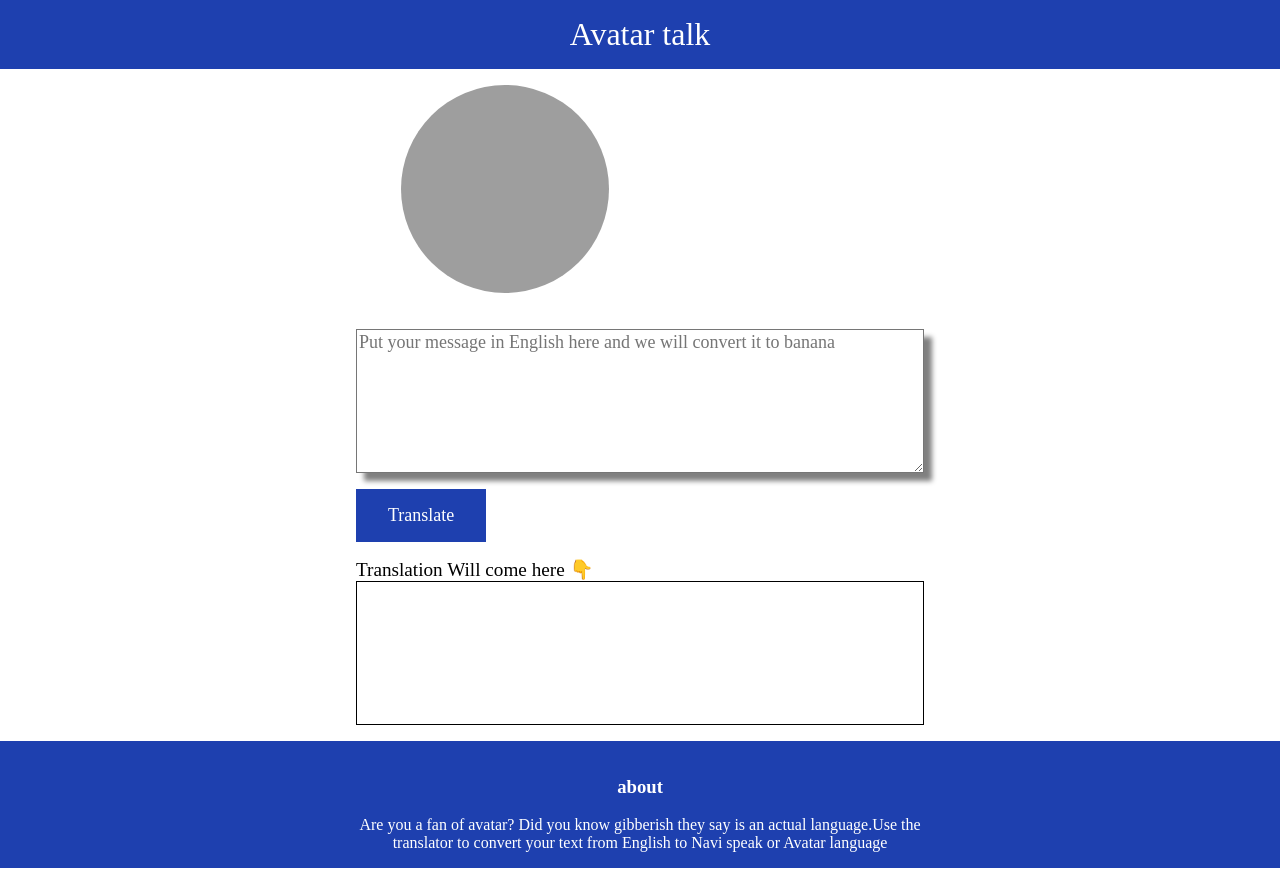
Repository: sohan2503001/Avator-speak
Page: index.html
The author's editor kept a copy of each file at every save. The page is drawn from the files as they stood at one save, then again after the next save.
The browser window is 1280 px wide. The pictures show the whole page.
Pictures or frames that could not be fetched are drawn as grey boxes.

Above is the page before, as saved 2021-04-22 00:30:34.

### index.html
<!DOCTYPE html>
<html lang="en">

<head>
    <meta charset="UTF-8">
    <meta http-equiv="X-UA-Compatible" content="IE=edge">
    <meta name="viewport" content="width=device-width, initial-scale=1.0">
    <title>Avatar Speak</title>
    <link rel="stylesheet" href="style.css">
</head>

<body>
    <nav>
        <div class="head">Avatar talk</div>
    </nav>

    <main>
        <img src="https://wallpaper-mania.com/wp-content/uploads/2018/09/High_resolution_wallpaper_background_ID_77701153922.jpg" alt="avator image" >
        <textarea id="txt-input"
            placeholder="Put your message in English here and we will convert it to banana"></textarea>
        <button id="btn-translate">Translate</button>
        <div style="font-size: larger;">Translation Will come here 👇</div>
        <div id="output"></div>
    </main>

    <footer class="footer">
        <h3 >about</h3>
        <p >Are you a fan of avatar? Did you know gibberish they
            say is an actual language.Use the translator to convert
            your text from English to Navi speak or Avatar language</p>
    </footer>
    <script src="app.js" type="text/javascript"></script>
</body>

</html>

### style.css
@import url('https://fonts.googleapis.com/css2?family=Ubuntu+Mono:ital@1&display=swap');

* {
    box-sizing: border-box;
}

:root{
    --primary-color:#1E40AF;
    --width-break:600px;
    --secondary-color:white;
}

body{
    margin: 0;
    font-family: 'Ubuntu' , cursive;
}

/**header**/
nav{
    background-color: var(--primary-color);
    text-align: center;
    margin: 0;
}

.head{
    font-size: 2rem;
    padding: 1rem;
    color: var(--secondary-color);
}

/**Center**/
main{
    margin: auto;
    padding: 1rem;
    max-width: var(--width-break);
}

img{
    position: relative;
    height: 13rem;
    width: 13rem;
    border-radius: 15rem;
    border: none;
    left: 8%;
    top: 25%;
}

textarea{
    box-sizing: border-box;
    width: 100%;
    min-height: 20vh;
    display: block;
    margin-top: 2rem;
    font-family: inherit;
    font-size: large;
    box-shadow: 8px 8px 5px grey;
}

#btn-translate{
    padding: 1rem 2rem;
    margin: 1rem 0rem;
    background-color: var(--primary-color);
    border: none;
    color: var(--secondary-color);
    font-family: 'Ubuntu' , cursive;
    font-size: large;
}

#output{
    box-sizing: border-box;
    border: 1px solid black;
    min-height: 20vh;
    max-height: 25vh;
    width: 100%;
    font-size: large;
}

/**footer**/
footer{
    background-color: var(--primary-color);
    margin: 0;
    padding: 1rem;
    width: 100%;
    bottom: 0;
    text-align: center;
}

.footer h3{
    color: var(--secondary-color);
}

footer p{
    color: var(--secondary-color);
    margin: auto;
    max-width: var(--width-break);
}

### app.js
var btnTranslate = document.querySelector("#btn-translate");
var txtInput = document.querySelector("#txt-input");
var outputDiv = document.querySelector("#output");

var serverURL = "https://api.funtranslations.com/translate/navi.json"

function getTranslationURL(text) {
    return serverURL + "?" + "text=" + text
}

function clickHandler() {
    var inputText = txtInput.value;
    fetch(getTranslationURL(inputText))
        .then(response => response.json())
        .then(json => {
            var translatedText = json.contents.translated;
            outputDiv.innerHTML = translatedText;
        })
};

btnTranslate.addEventListener("click", clickHandler);

After the next save:
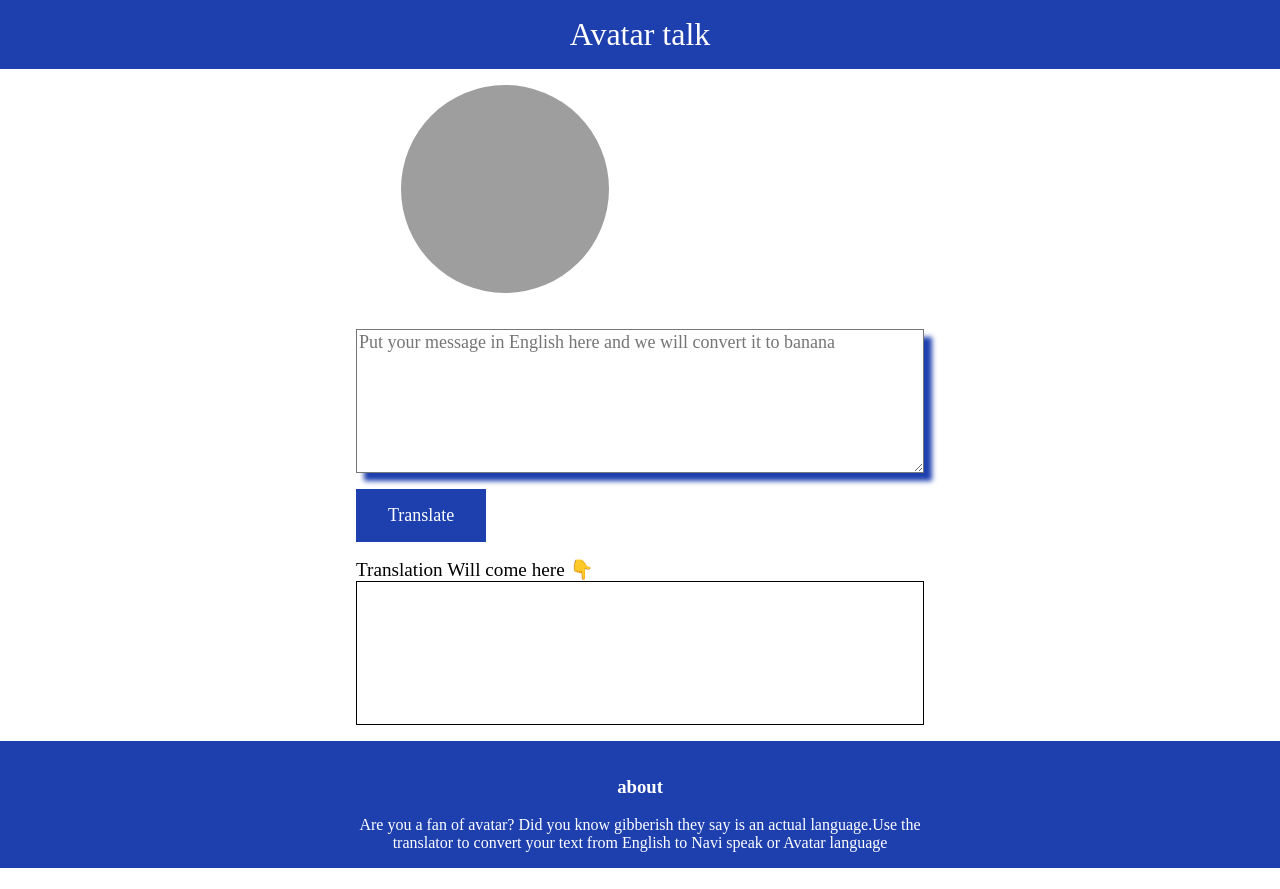
Saved 14 s later.
--- a/style.css
+++ b/style.css
@@ -53,7 +53,7 @@
     margin-top: 2rem;
     font-family: inherit;
     font-size: large;
-    box-shadow: 8px 8px 5px grey;
+    box-shadow: 8px 8px 5px var(--primary-color);
 }
 
 #btn-translate{
